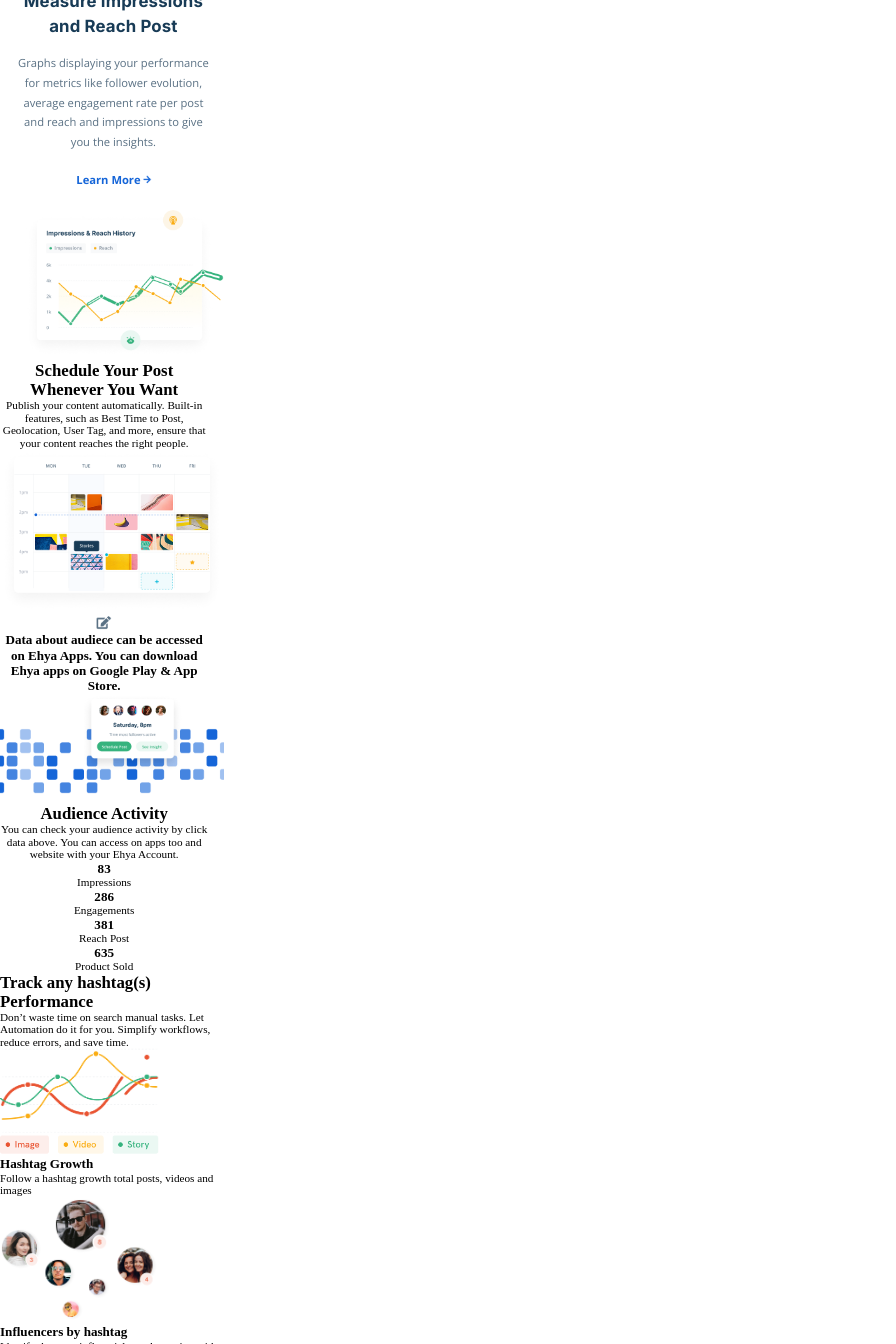
Repository: Eduardo-Tamborelli-Ferreira-lino/FrontEnd
Page: projetos/Prova-CSS/index.html
The author's editor kept a copy of each file at every save. The page is drawn from the files as they stood at one save, then again after the next save.
The browser window is 1280 px wide. The pictures show the part of the page from y = 1023 to 2943 px (the page is 4954 px tall before and 4970 px after), at 70% of full size.

Above is the page before, as saved 2026-03-12 13:49:30.

After the next save:
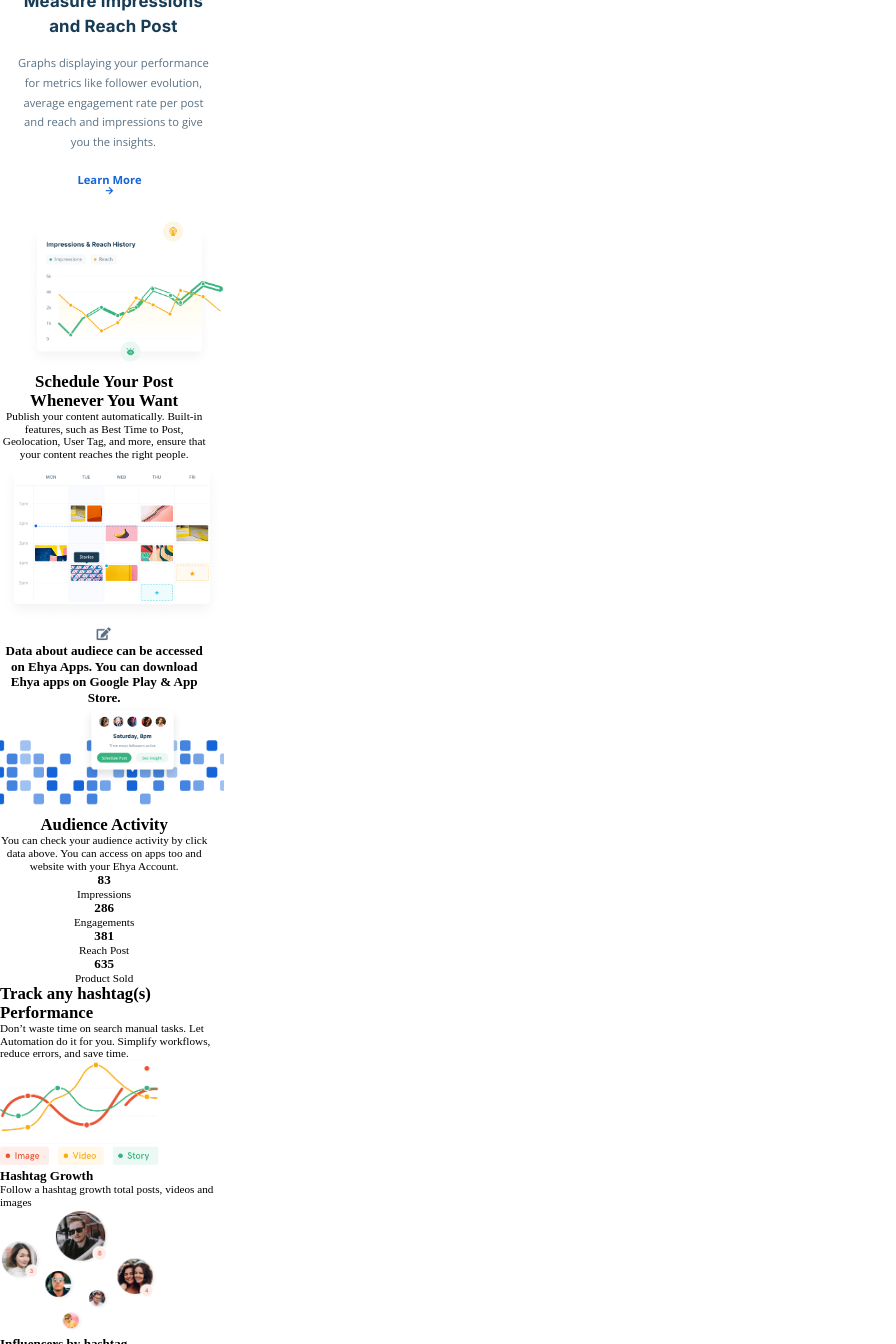
Saved 5 s later.
--- a/projetos/Prova-CSS/style.css
+++ b/projetos/Prova-CSS/style.css
@@ -179,7 +179,7 @@
     letter-spacing: 0;
     font-family: var(--Text-font);
     color: #1565D8;
-    margin-right: ;
+    margin-right: 0.75rem;
 }
 
 #impressions-graph img{

After the save that followed:
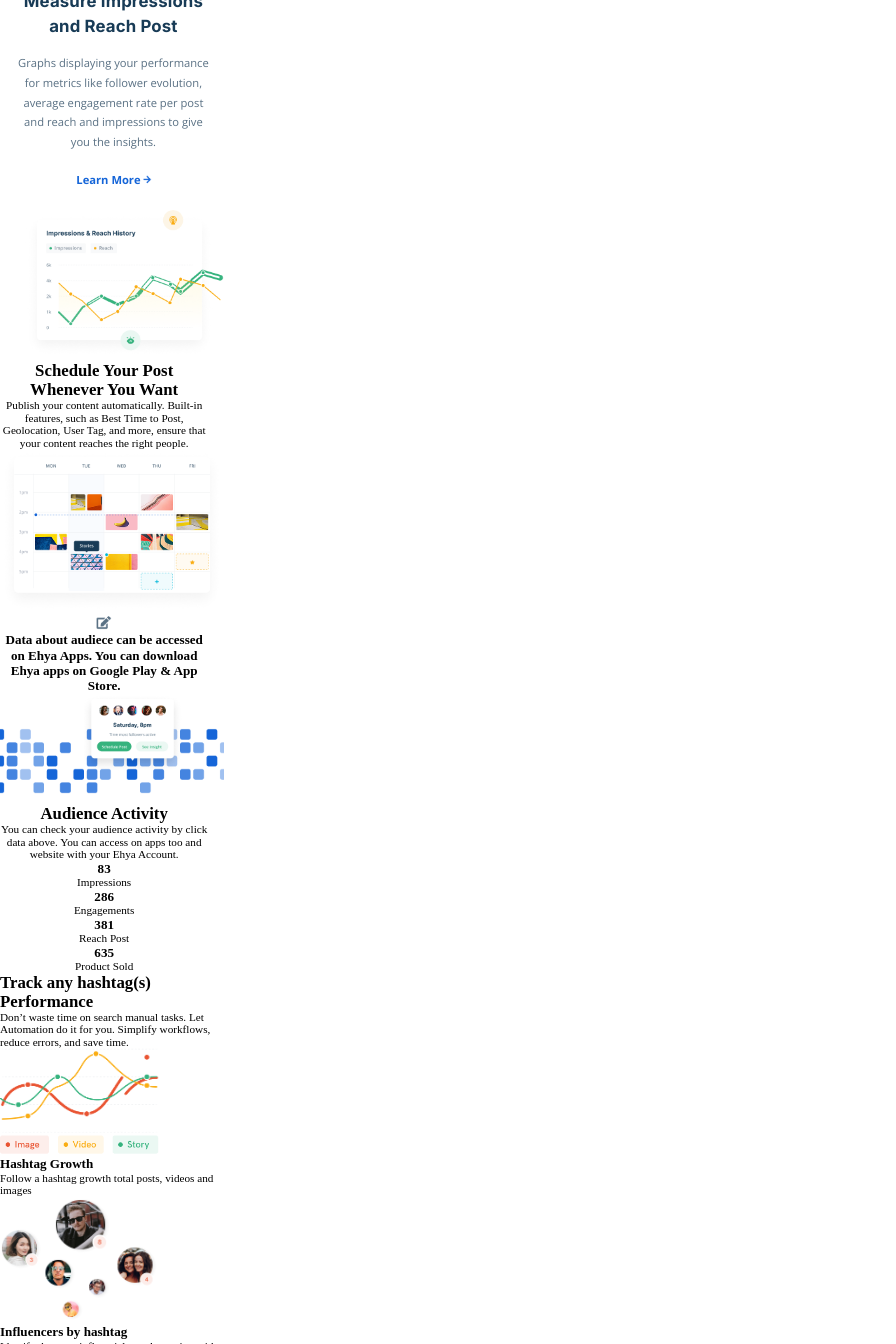
Saved 82 s later.
--- a/projetos/Prova-CSS/style.css
+++ b/projetos/Prova-CSS/style.css
@@ -179,7 +179,6 @@
     letter-spacing: 0;
     font-family: var(--Text-font);
     color: #1565D8;
-    margin-right: 0.75rem;
 }
 
 #impressions-graph img{
